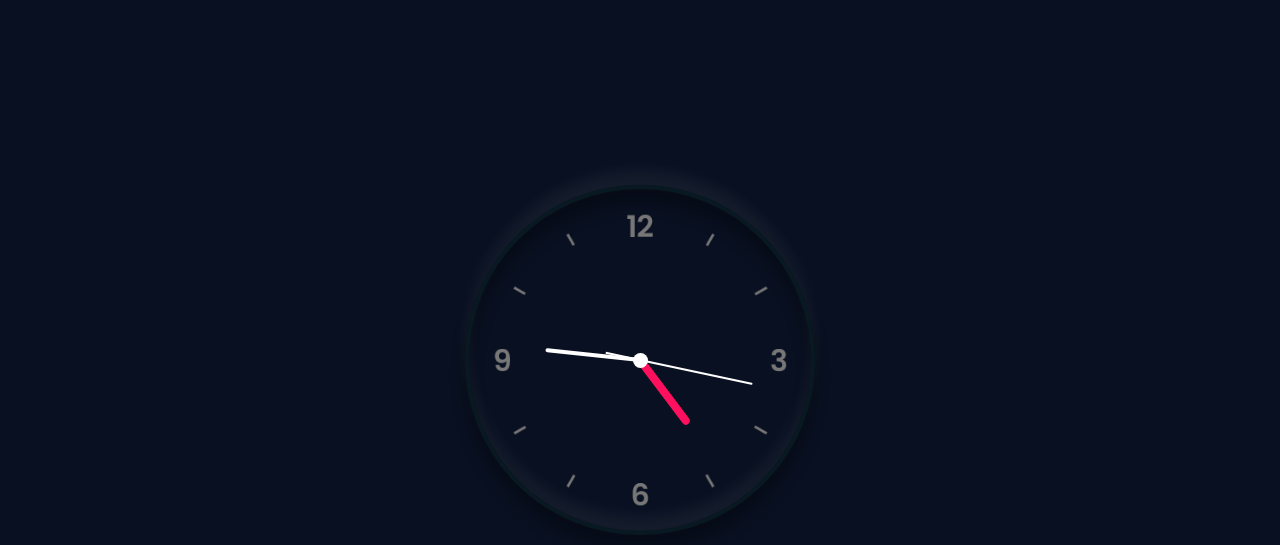
Repository: tharunkumaar404/Analog-Clock
Page: index.html
The author's editor kept a copy of each file at every save. The page is drawn from the files as they stood at one save, then again after the next save.
The browser window is 1280 px wide. The pictures show the whole page.

Above is the page before, as saved 2021-08-26 17:21:09.

### index.html
<!DOCTYPE html>
<html lang="en">
  <head>
    <meta charset="UTF-8" />
    <meta http-equiv="X-UA-Compatible" content="IE=edge" />
    <meta name="viewport" content="width=device-width, initial-scale=1.0" />
    <link
      rel="shortcut icon"
      href="https://img.icons8.com/color/48/000000/alarm-clock--v2.png"
      type="image/x-icon"
    />
    <title>Analog Clock</title>
    <link rel="stylesheet" href="style.css" />
  </head>
  <body>
    <div class="clock">
      <div class="hour">
        <div class="hr" id="hr"></div>
      </div>
      <div class="min">
        <div class="mn" id="mn"></div>
      </div>
      <div class="sec">
        <div class="sc" id="sc"></div>
      </div>
    </div>
    <script type="text/javascript">
      const deg = 6;
      const hr = document.querySelector('#hr');
      const mn = document.querySelector('#mn');
      const sc = document.querySelector('#sc');

      let day = new Date();
      let hh = day.getHours() * 30;
      let mm = day.getMinutes() * deg;
      let ss = day.getSeconds() *deg;

      hr.style.transform = `rotateZ(${(hh)+(mm/12)}deg)`;
      mn.style.transform = `rotateZ(${mm}deg)`;
      sc.style.transform = `rotateZ(${ss}deg)`;
    </script>
  </body>
</html>

### style.css
*{
    margin:0;
    padding:0;
    box-sizing: border-box;
}

body{
    display:flex;
    justify-content: center;
    align-items: center;
    min-height:100vh;
    background:#091021;

}

.clock{
    width: 350px;
    height:350px;
    display:flex;
    justify-content:center;
    align-items:center;
    background:url(./img/clock.png);
    background-size: cover;
    border: 4px solid #091921;
    border-radius:50%;
    box-shadow: 0 -15px 15px rgba(255,255,255,0.05),
                inset 0 -15px 15px rgba(255,255,255,0.05),
                0 15px 15px rgba(0,0,0,0.3),
                inset 0 15px 15px rgba(0,0,0,0.3);
}

.clock:before{
   content: '';
   position: absolute;
   width:15px;
   height:15px;
   background:#fff;
   border-radius:50%;
   z-index:10000;
}


.clock .hour,.clock .min, .clock .sec{
  position :absolute;
}

.clock .hour, .hr{
    width:160px;
    height:160px;
}
.clock .min, .mn{
    width:190px;
    height:190px;
}
.clock .sec, .sc{
    width:230px;
    height:230px;
}

.hr, .mn, .sc{
    display:flex;
    justify-content: center;
    position: absolute;
    border-radius: 50%;

}

.hr:before{
    content:'';
    position:absolute;
    width:8px;
    height:80px;
    background: #ff105e;
    z-index: 10;
    border-radius: 6px 6px 0 0;
}

.mn:before{
    content:'';
    position:absolute;
    width:4px;
    height:90px;
    background: #fff;
    z-index: 11;
    border-radius: 6px 6px 0 0;
}

.sc:before{
    content:'';
    position:absolute;
    width:2px;
    height:150px;
    background: #fff;
    z-index: 12;
    border-radius: 6px 6px 0 0;
}

After the next save:
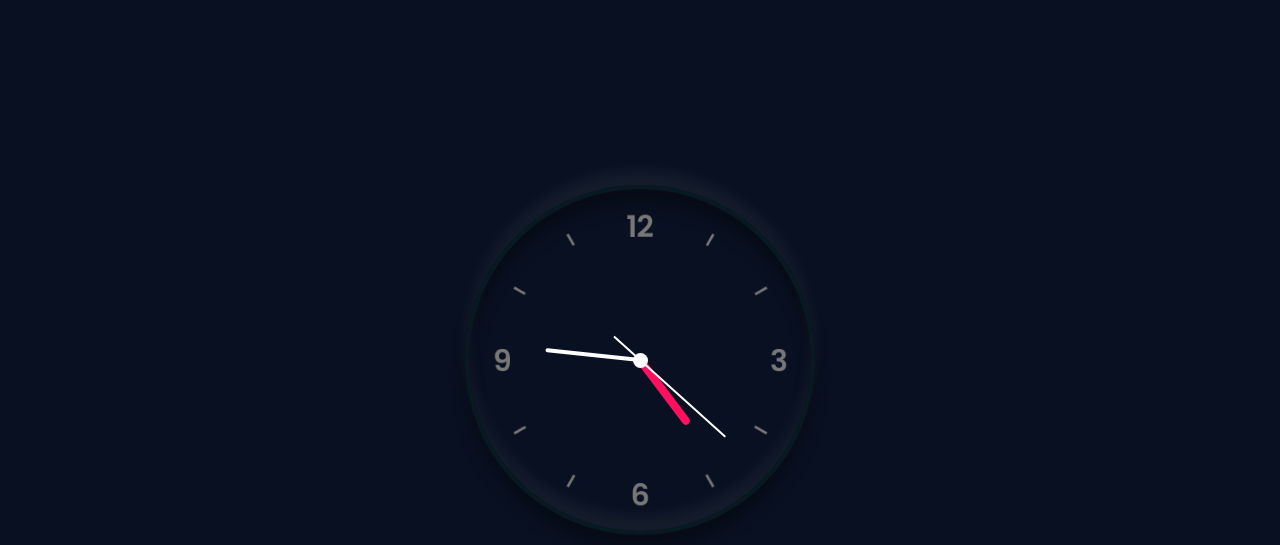
Saved 72 s later.
--- a/index.html
+++ b/index.html
@@ -30,14 +30,18 @@
       const mn = document.querySelector('#mn');
       const sc = document.querySelector('#sc');
 
-      let day = new Date();
-      let hh = day.getHours() * 30;
-      let mm = day.getMinutes() * deg;
-      let ss = day.getSeconds() *deg;
+      setInterval(() => {
+        let day = new Date();
+        let hh = day.getHours() * 30;
+        let mm = day.getMinutes() * deg;
+        let ss = day.getSeconds() *deg;
 
-      hr.style.transform = `rotateZ(${(hh)+(mm/12)}deg)`;
-      mn.style.transform = `rotateZ(${mm}deg)`;
-      sc.style.transform = `rotateZ(${ss}deg)`;
+        hr.style.transform = `rotateZ(${(hh)+(mm/12)}deg)`;
+        mn.style.transform = `rotateZ(${mm}deg)`;
+        sc.style.transform = `rotateZ(${ss}deg)`;
+      })
+
+
     </script>
   </body>
 </html>
